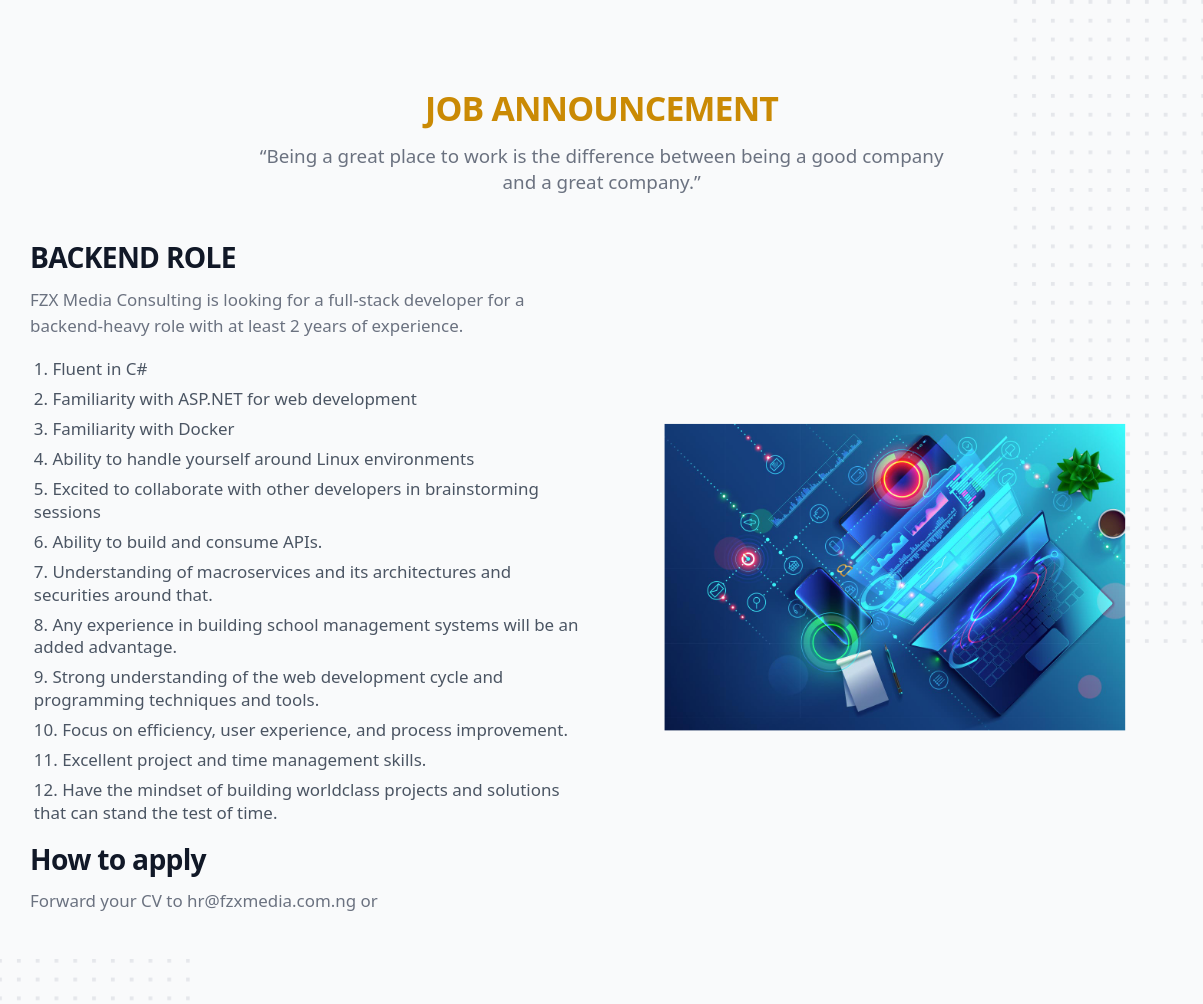
Repository: emorilebo/invotec
Page: /jobs
These files come from the project's save history. The page is drawn as it stood at one moment and after the next save; the edit follows.
The browser window is 1280 px wide. The pictures show the whole page, at 94% of full size.
The project was rebuilt for these pictures with package versions that can differ from the ones it lists, and the page was loaded fresh each time. The framework's server and built-in components were replaced by stand-ins that run in the browser. Also part of the build but not shown: next.config.js.

Above is the page before, as saved 2022-12-07 11:34:22.

### pages/jobs.tsx
import React from 'react'
import {
  BoltIcon,
  ChatBubbleBottomCenterTextIcon,
  EnvelopeIcon,
  GlobeAltIcon,
  ScaleIcon,
} from '@heroicons/react/24/solid'

const transferFeatures = [
  {
    id: 1,
    name: '1. Fluent in C#',
    description:
      'Lorem ipsum, dolor sit amet consectetur adipisicing elit. Maiores impedit perferendis suscipit eaque, iste dolor cupiditate blanditiis ratione.',
    icon: GlobeAltIcon,
  },
  {
    id: 2,
    name: '2. Familiarity with ASP.NET for web development',
    description:
      'Lorem ipsum, dolor sit amet consectetur adipisicing elit. Maiores impedit perferendis suscipit eaque, iste dolor cupiditate blanditiis ratione.',
    icon: ScaleIcon,
  },
  {
    id: 3,
    name: '3. Familiarity with Docker',
    description:
      'Lorem ipsum, dolor sit amet consectetur adipisicing elit. Maiores impedit perferendis suscipit eaque, iste dolor cupiditate blanditiis ratione.',
    icon: BoltIcon,
  },
  {
    id: 4,
    name: '4. Ability to handle yourself around Linux environments',
    description:
      'Lorem ipsum, dolor sit amet consectetur adipisicing elit. Maiores impedit perferendis suscipit eaque, iste dolor cupiditate blanditiis ratione.',
    icon: BoltIcon,
  },
  {
    id: 5,
    name: '5. Excited to collaborate with other developers in brainstorming sessions',
    description:
      'Lorem ipsum, dolor sit amet consectetur adipisicing elit. Maiores impedit perferendis suscipit eaque, iste dolor cupiditate blanditiis ratione.',
    icon: BoltIcon,
  },
  {
    id: 6,
    name: '6. Ability to build and consume APIs.',
    description:
      'Lorem ipsum, dolor sit amet consectetur adipisicing elit. Maiores impedit perferendis suscipit eaque, iste dolor cupiditate blanditiis ratione.',
    icon: BoltIcon,
  },
  {
    id: 7,
    name: '7. Understanding of macroservices and its architectures and securities around that.',
    description:
      'Lorem ipsum, dolor sit amet consectetur adipisicing elit. Maiores impedit perferendis suscipit eaque, iste dolor cupiditate blanditiis ratione.',
    icon: BoltIcon,
  },
  {
    id: 8,
    name: '8. Any experience in building school management systems will be an added advantage.',
    description:
      'Lorem ipsum, dolor sit amet consectetur adipisicing elit. Maiores impedit perferendis suscipit eaque, iste dolor cupiditate blanditiis ratione.',
    icon: BoltIcon,
  },
  {
    id: 9,
    name: '9. Strong understanding of the web development cycle and programming techniques and tools.',
    description:
      'Lorem ipsum, dolor sit amet consectetur adipisicing elit. Maiores impedit perferendis suscipit eaque, iste dolor cupiditate blanditiis ratione.',
    icon: BoltIcon,
  },
  {
    id: 10,
    name: '10. Focus on efficiency, user experience, and process improvement.',
    description:
      'Lorem ipsum, dolor sit amet consectetur adipisicing elit. Maiores impedit perferendis suscipit eaque, iste dolor cupiditate blanditiis ratione.',
    icon: BoltIcon,
  },
  {
    id: 11,
    name: '11. Excellent project and time management skills.',
    description:
      'Lorem ipsum, dolor sit amet consectetur adipisicing elit. Maiores impedit perferendis suscipit eaque, iste dolor cupiditate blanditiis ratione.',
    icon: BoltIcon,
  },
  {
    id: 12,
    name: '12. Have the mindset of building worldclass projects and solutions that can stand the test of time.',
    description:
      'Lorem ipsum, dolor sit amet consectetur adipisicing elit. Maiores impedit perferendis suscipit eaque, iste dolor cupiditate blanditiis ratione.',
    icon: BoltIcon,
  },
]
const communicationFeatures = [
  {
    id: 1,
    name: 'Mobile notifications',
    description:
      'Lorem ipsum, dolor sit amet consectetur adipisicing elit. Maiores impedit perferendis suscipit eaque, iste dolor cupiditate blanditiis ratione.',
    icon: ChatBubbleBottomCenterTextIcon,
  },
  {
    id: 2,
    name: 'Reminder emails',
    description:
      'Lorem ipsum, dolor sit amet consectetur adipisicing elit. Maiores impedit perferendis suscipit eaque, iste dolor cupiditate blanditiis ratione.',
    icon: EnvelopeIcon,
  },
]

function jobs() {
  return (
    <div className="overflow-hidden bg-gray-50 py-16 lg:py-24">
      <div className="relative mx-auto max-w-xl px-6 lg:max-w-7xl lg:px-8">
        <svg
          className="absolute left-full hidden -translate-x-1/2 -translate-y-1/4 transform lg:block"
          width={404}
          height={784}
          fill="none"
          viewBox="0 0 404 784"
          aria-hidden="true"
        >
          <defs>
            <pattern
              id="b1e6e422-73f8-40a6-b5d9-c8586e37e0e7"
              x={0}
              y={0}
              width={20}
              height={20}
              patternUnits="userSpaceOnUse"
            >
              <rect
                x={0}
                y={0}
                width={4}
                height={4}
                className="text-gray-200"
                fill="currentColor"
              />
            </pattern>
          </defs>
          <rect
            width={404}
            height={784}
            fill="url(#b1e6e422-73f8-40a6-b5d9-c8586e37e0e7)"
          />
        </svg>

        <div className="relative">
          <h2 className="text-center text-3xl font-bold leading-8 tracking-tight text-yellow-600 sm:text-4xl">
            JOB ANNOUNCEMENT
          </h2>
          <p className="mx-auto mt-4 max-w-3xl text-center text-sm lg:text-xl text-gray-500 ">
            “Being a great place to work is the difference between being a good
            company and a great company.”
          </p>
        </div>

        <div className="relative mt-12 lg:mt-12 lg:grid lg:grid-cols-2 lg:items-center lg:gap-8">
          <div className="relative">
            <h3 className="text-2xl font-bold tracking-tight text-gray-900 sm:text-3xl">
              BACKEND ROLE
            </h3>
            <p className="mt-3 text-lg text-gray-500">
              FZX Media Consulting is looking for a full-stack developer for a
              backend-heavy role with at least 2 years of experience.
            </p>

            <dl className="mt-5 space-y-2">
              {transferFeatures.map((item) => (
                <div key={item.id} className="relative">
                  <dt>

                    <p className="ml-1 text-lg font-base leading-6 text-gray-600">
                      {item.name}
                    </p>
                  </dt>

                </div>
              ))}
            </dl>
            <h3 className="text-2xl mt-5 font-bold tracking-tight text-gray-900 sm:text-3xl">
              How to apply
            </h3>
            <p className="mt-3 text-lg text-gray-500">
              Forward your CV to hr@fzxmedia.com.ng or
            </p>

          </div>

          <div className="relative -mx-4 mt-10 lg:mt-0" aria-hidden="true">
            <svg
              className="absolute left-1/2 -translate-x-1/2 translate-y-16 transform lg:hidden"
              width={784}
              height={404}
              fill="none"
              viewBox="0 0 784 404"
            >
              <defs>
                <pattern
                  id="ca9667ae-9f92-4be7-abcb-9e3d727f2941"
                  x={0}
                  y={0}
                  width={20}
                  height={20}
                  patternUnits="userSpaceOnUse"
                >
                  <rect
                    x={0}
                    y={0}
                    width={4}
                    height={4}
                    className="text-gray-200"
                    fill="currentColor"
                  />
                </pattern>
              </defs>
              <rect
                width={784}
                height={404}
                fill="url(#ca9667ae-9f92-4be7-abcb-9e3d727f2941)"
              />
            </svg>
            <img
              className="relative mx-auto"
              width={490}
              src="/computer.jpg"
              alt=""
            />
          </div>
        </div>

        <svg
          className="absolute right-full hidden translate-x-1/2 translate-y-12 transform lg:block"
          width={404}
          height={784}
          fill="none"
          viewBox="0 0 404 784"
          aria-hidden="true"
        >
          <defs>
            <pattern
              id="64e643ad-2176-4f86-b3d7-f2c5da3b6a6d"
              x={0}
              y={0}
              width={20}
              height={20}
              patternUnits="userSpaceOnUse"
            >
              <rect
                x={0}
                y={0}
                width={4}
                height={4}
                className="text-gray-200"
                fill="currentColor"
              />
            </pattern>
          </defs>
          <rect
            width={404}
            height={784}
            fill="url(#64e643ad-2176-4f86-b3d7-f2c5da3b6a6d)"
          />
        </svg>


      </div>
    </div>
  )
}

export default jobs

Loaded but not shown: pages/_app.tsx (common file); styles/globals.css (common file); tailwind.config.js (common file)

After the next save:
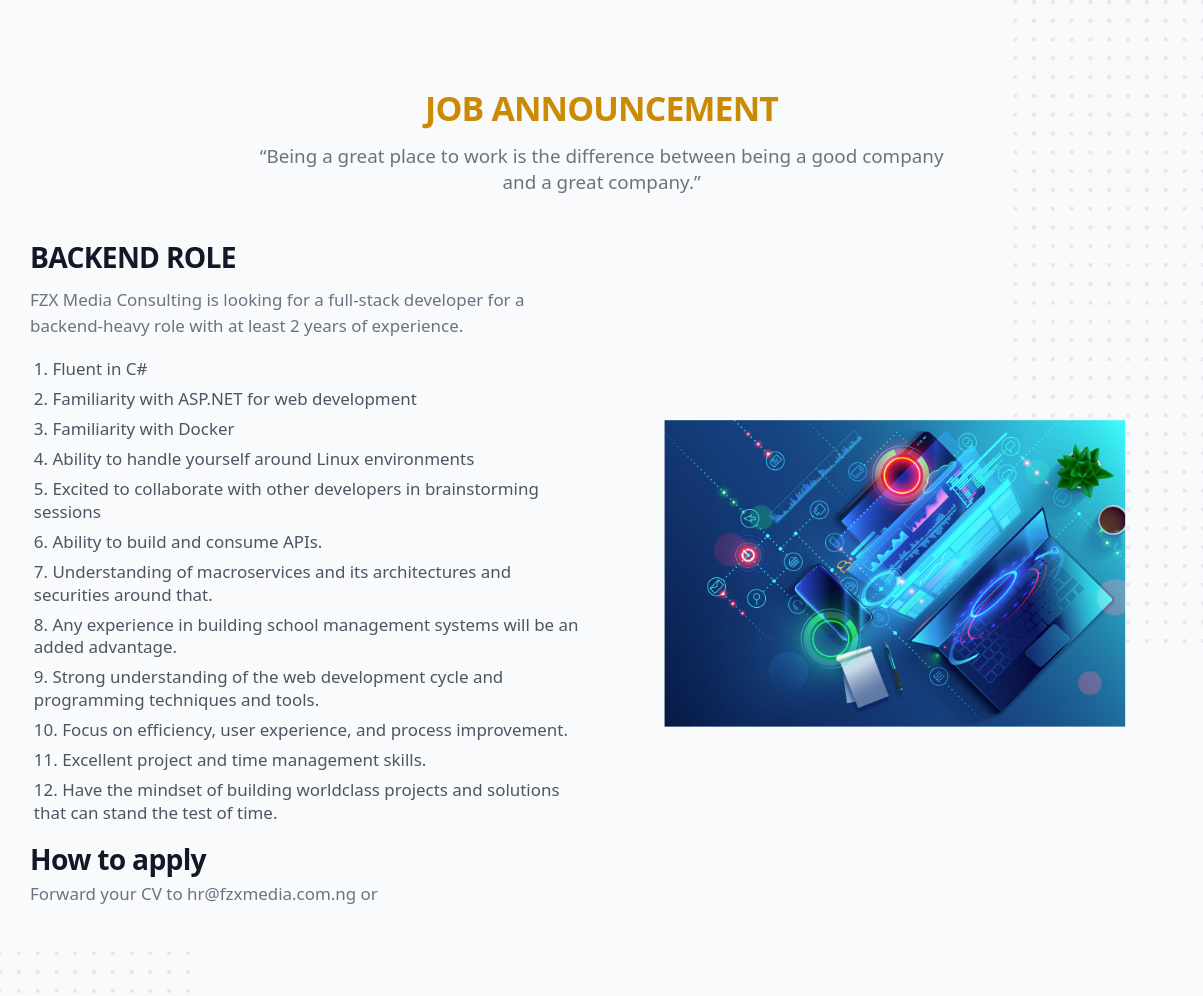
Saved 3 min 50 s later.
--- a/pages/jobs.tsx
+++ b/pages/jobs.tsx
@@ -184,7 +184,7 @@ function jobs() {
             <h3 className="text-2xl mt-5 font-bold tracking-tight text-gray-900 sm:text-3xl">
               How to apply
             </h3>
-            <p className="mt-3 text-lg text-gray-500">
+            <p className="mt-1 text-lg text-gray-500">
               Forward your CV to hr@fzxmedia.com.ng or
             </p>
 
